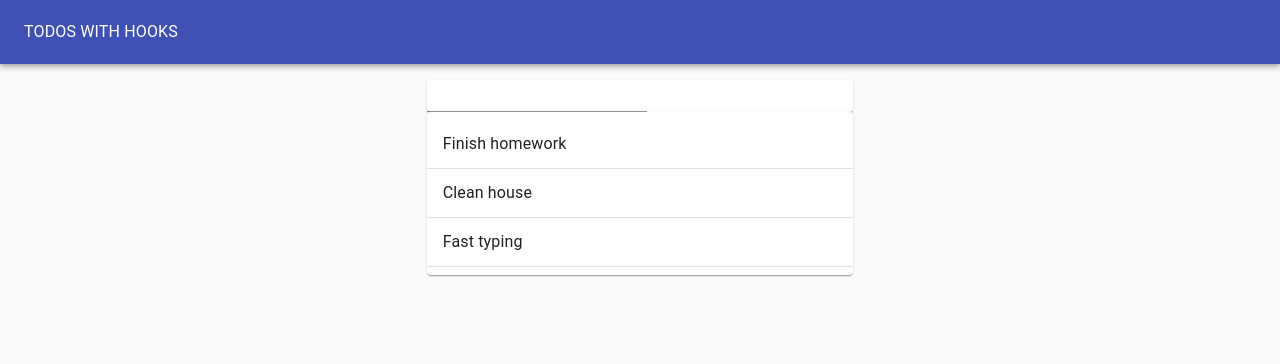
Repository: fulman/todo
Page: /
These files come from the project's save history. The page is drawn as it stood at one moment and after the next save; the edit follows.
The browser window is 1280 px wide. The pictures show the whole page.
The project was rebuilt for these pictures with package versions that can differ from the ones it lists, and the page was loaded fresh each time.

Above is the page before, as saved 2020-09-27 13:16:38.

After the next save:
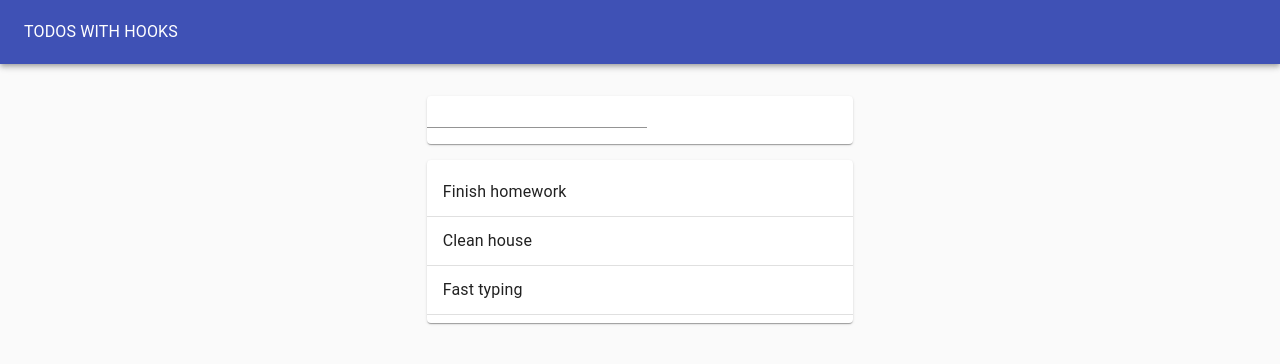
Saved 2 min 10 s later.
--- a/src/TodoForm.js
+++ b/src/TodoForm.js
@@ -6,7 +6,7 @@ import useInputState from "./hooks/useInputState";
 function TodoForm({ addTodo }) {
   const [value, handleChange, reset] = useInputState("");
   return (
-    <Paper>
+    <Paper style={{ margin: "1rem 0" }}>
       <form
         onSubmit={(e) => {
           e.preventDefault();
@@ -14,7 +14,11 @@ function TodoForm({ addTodo }) {
           reset();
         }}
       >
-        <TextField value={value} onChange={handleChange} />
+        <TextField
+          value={value}
+          onChange={handleChange}
+          style={{ padding: "0 0 1rem" }}
+        />
       </form>
     </Paper>
   );
